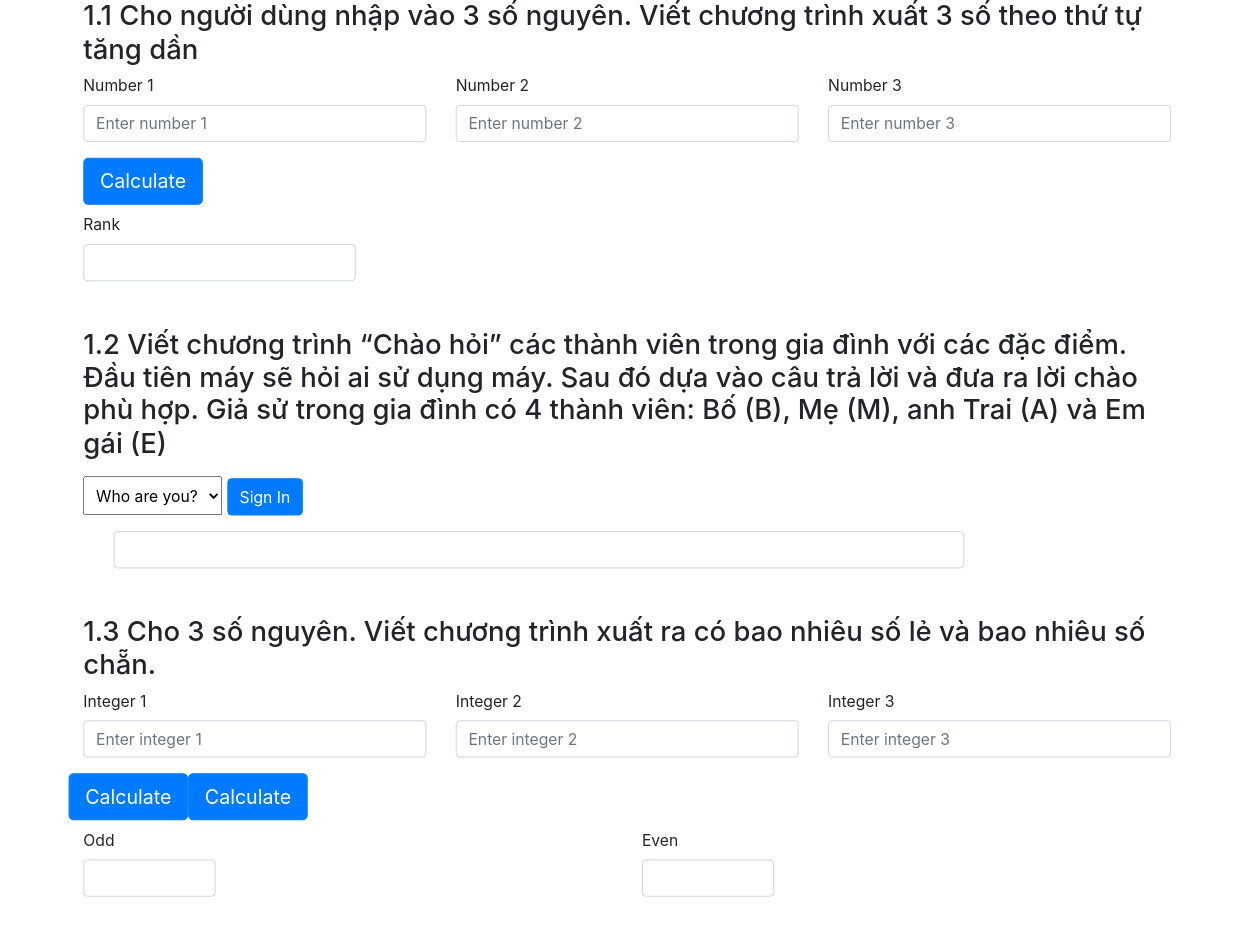
Repository: baobaodeveloper/bootscamp21__jsbasic__HuynhAnhBao
Page: index.html
An editor plug-in stored every save of this project. The page is shown before and after the next save, followed by the edit.
The browser window is 1280 px wide. The pictures show the whole page, at 98% of full size.

Above is the page before, as saved 2022-03-10 19:05:42.

After the next save:
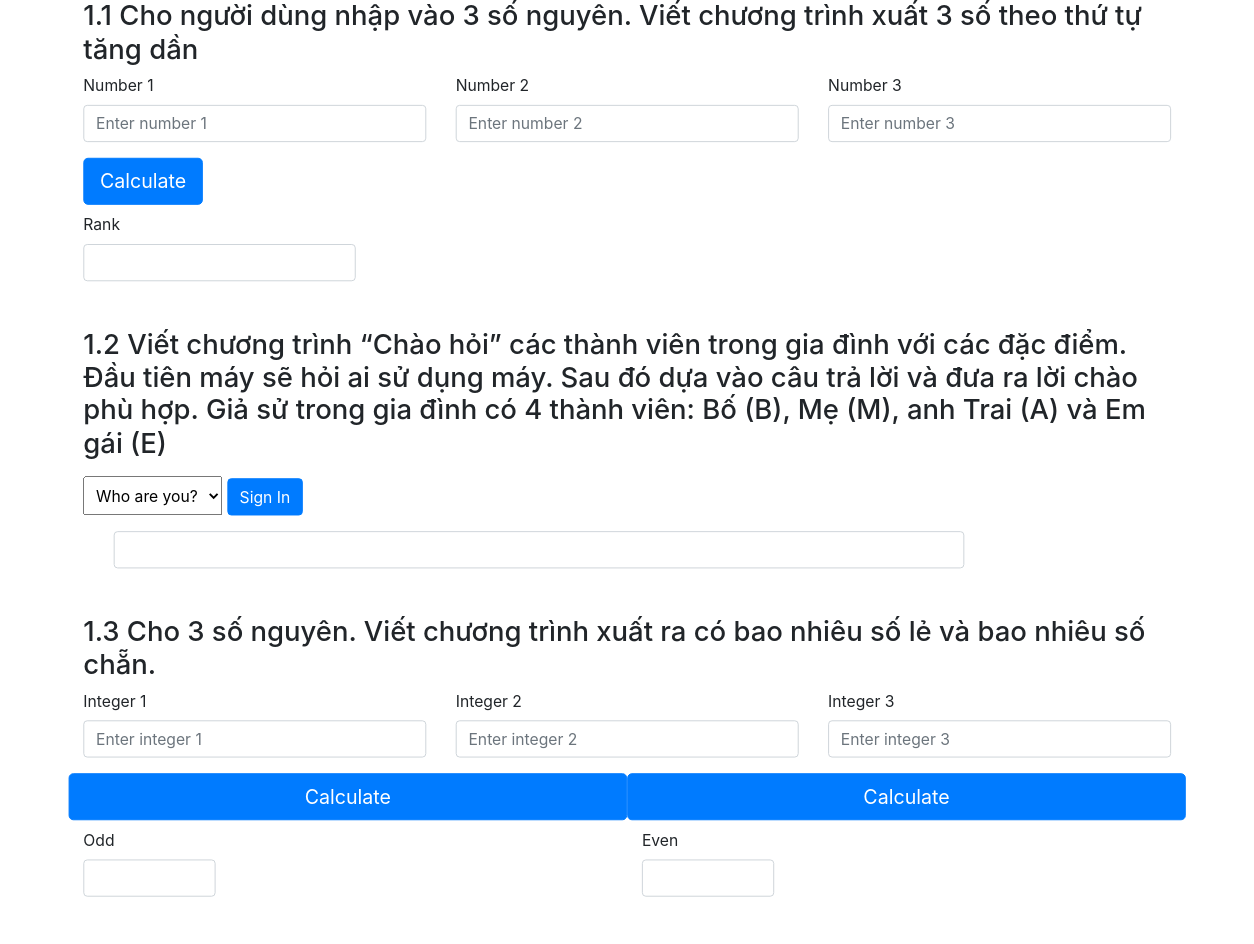
Saved 10 s later.
--- a/index.html
+++ b/index.html
@@ -131,14 +131,14 @@
       <div class="row">
         <button
           type="button "
-          class="btn btn-primary btn-lg mt-3 mb-2 btn-integer"
+          class="btn btn-primary btn-lg mt-3 mb-2 btn-integer col"
         >
           Calculate
         </button>
 
         <button
           type="button "
-          class="btn btn-primary btn-lg mt-3 mb-2 btn-integer"
+          class="btn btn-primary btn-lg mt-3 mb-2 btn-integer col"
         >
           Calculate
         </button>
